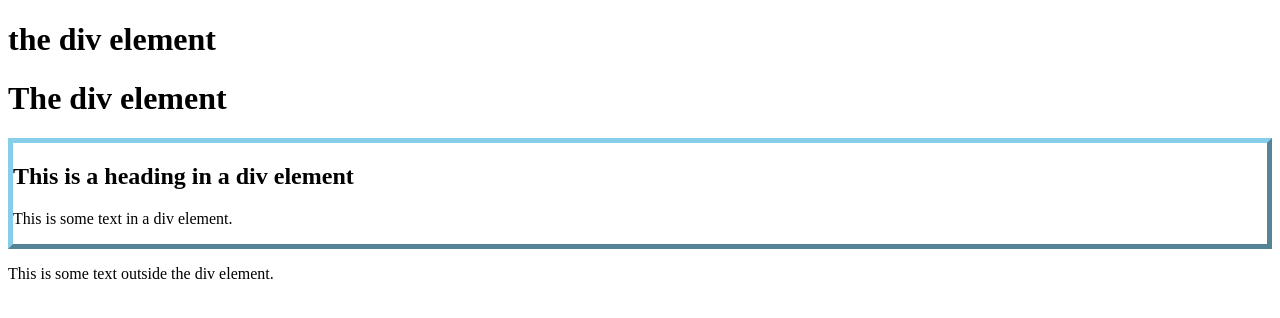
Repository: Fariaddd/codefactor-stylesheet
Page: index.html
These files come from the project's save history. The page is drawn as it stood at one moment and after the next save; the edit follows.
The browser window is 1280 px wide. The pictures show the whole page.

Above is the page before, as saved 2021-11-17 19:40:14.

After the next save:
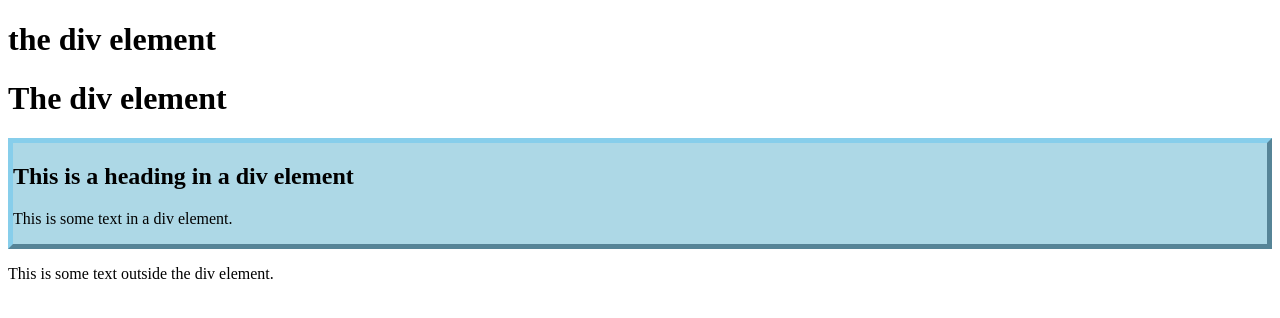
Saved 11 s later.
--- a/styles/styles.css
+++ b/styles/styles.css
@@ -1,3 +1,4 @@
 .myDiv {
   border: 5px outset skyblue;
+  background-color: lightblue;
 }
